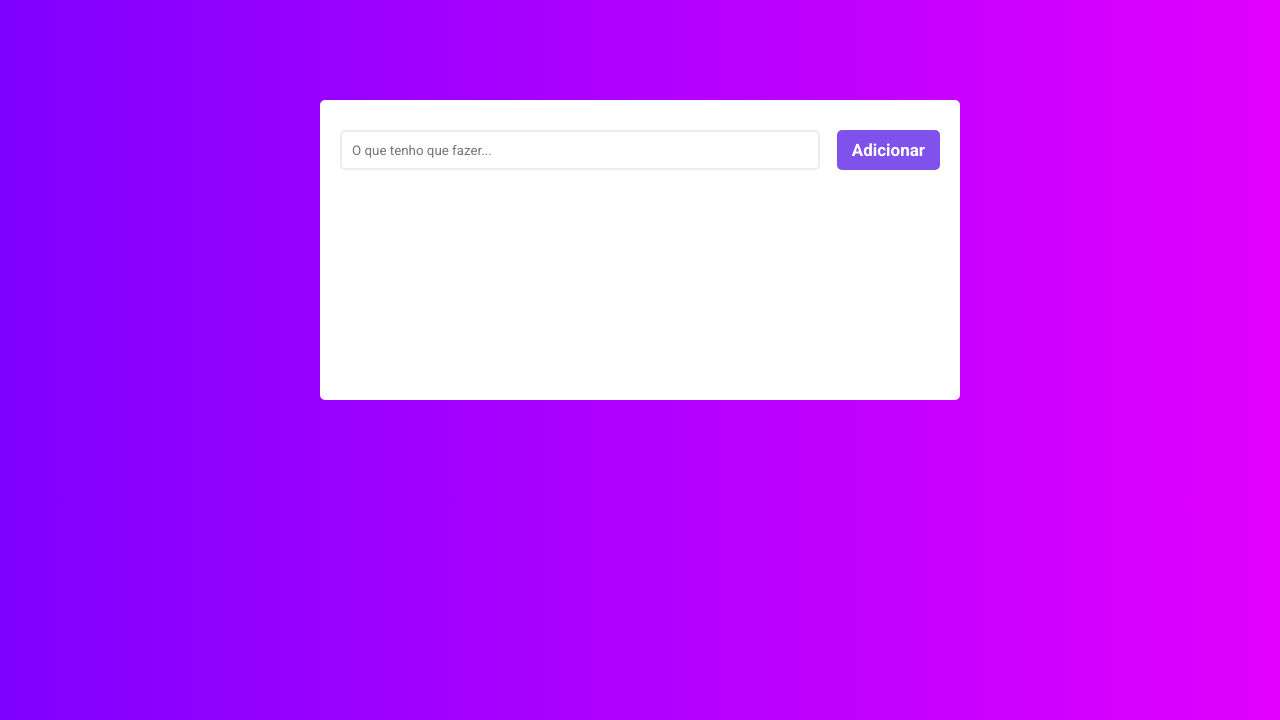
Repository: PLSR12/ToDoList
Page: index.html
These files come from the project's save history. The page is drawn as it stood at one moment and after the next save; the edit follows.
The browser window is 1280 px wide. The pictures show the whole page.
Some web libraries are served in a nearby version.

Above is the page before, as saved 2022-01-14 13:00:51.

### index.html
<!DOCTYPE html>
<html lang="pt-br">

<head>
    <meta charset="UTF-8">
    <meta http-equiv="X-UA-Compatible" content="IE=edge">
    <meta name="viewport" content="width=device-width, initial-scale=1.0">
    <script src="https://kit.fontawesome.com/7a5bd120bc.js" crossorigin="anonymous"></script>
    <link rel="stylesheet" href="./styles.css">
    <link rel="preconnect" href="https://fonts.googleapis.com">
    <link rel="preconnect" href="https://fonts.gstatic.com" crossorigin>
    <link href="https://fonts.googleapis.com/css2?family=Roboto:wght@100;400;700&display=swap" rel="stylesheet">
    <title> Lista de Tarefas </title>
</head>

<body>

    <div class="container">
        <input id="input-principal" placeholder="O que tenho que fazer...">

        <button id="botao-adicionar"> Adicionar </button>

        <ul id="tarefas">

        </ul>
    </div>

</body>

<script src="./scripts.js">

</script>

</html>

### styles.css

* {
    margin: 0;
    padding: 0;
    box-sizing: border-box;
    outline: none;
    font-family: 'Roboto', sans-serif;
}

body {
    background: linear-gradient(90deg, #7F00FF 0%, #E100FF 100%);
}


#botao-adicionar {
    background: #8052EC;
    border-radius: 5px;
    height: 40px;
    border: none;
    padding: 0 15px;
    color: #FFFFFF;
    font-size: 17px;
    cursor: pointer;
    float: right;
    font-weight: 700;
}

#botao-adicionar:hover{
    opacity: 0.8;
}

#botao-adicionar:active {
    opacity: 0.6;
}

.container {
    background: #FFFFFF;
    width: 50%;
    height: 300px;
    margin-bottom: 100px;
    border-radius: 5px;
    margin-top: 100px;
    margin-left: auto;
    margin-right: auto;
    padding: 30px 20px;
}

#input-principal {
    width: 80%;
    height: 40px;
    border: 2px solid rgba(209, 211, 212, 0.4);
    border-radius: 5px;
    padding-left: 10px;
}

#tarefas {
    width: 100%;
    list-style: none;
    margin-top: 60px;
}

.item-tarefa {
    background: #F2F2F2;
    box-shadow: 1px 4px 10px rgba(0, 0, 0, 0.2);
    border-radius: 5px;
    padding: 20px 45px;
    cursor: pointer;
    position: relative;
    margin-top: 30px;
}

.nome-tarefa {
    color: #000000;
    font-size: 15px;
}

.botao-delete {
    border: none;
    background: transparent;
    position: absolute;
    right: 0;
    top: 0;
    height: 100%;
    width: 40px;
    cursor: pointer;
    opacity: 0;
    transition: opacity 0.5s ease-in-out;
}

.fa-trash{
    color: red;
}

.botao-foguete {
    border: none;
    background: transparent;
    position: absolute;
    left: 0;
    top: 0;
    height: 100%;
    width: 40px;
    cursor: pointer;
    opacity: 0;
    transition: opacity 0.5s ease-in-out;
}

.fa-rocket {
    color:#4F0FC5;
}

.item-tarefa:hover .botao-delete{
    opacity: 1;
}

.item-tarefa:hover .botao-foguete{
    opacity: 1;
}

.concluido{
   background-color: #d4f88d;
   text-decoration: line-through;
}

### scripts.js
let input = document.getElementById("input-principal");
let button = document.getElementById("botao-adicionar");
let tarefa = document.getElementById("nome-tarefa-id");
let listaCompleta = document.getElementById("tarefas");

let arrayDeTarefas = [];
recarregarTarefas();

function mostrarTarefas() {
  let novaLi = "";

  arrayDeTarefas.forEach((tarefa, index) => {
    novaLi =
      novaLi +
      `
        <li class="item-tarefa ${tarefa.concluida == true ? "concluido" : ""} ">
            <button class="botao-foguete" onclick="concluirTarefa(${index})">
                <i class="fas fa-rocket"></i>
            </button>

            <p class="nome-tarefa ${
              tarefa.concluida == true ? "concluido" : ""
            }" id="nome-tarefa-id">${tarefa.tarefa}</p>

            <button class="botao-delete" onclick="deletarTarefa(${index})">
                <i class="fas fa-trash"></i>
            </button>
        </li>
`;
  });

  listaCompleta.innerHTML = novaLi;

  localStorage.setItem("lista", JSON.stringify(arrayDeTarefas));
}

function deletarTarefa(index) {
  arrayDeTarefas.splice(index, 1);

  mostrarTarefas();
}

function adicionarTarefa() {
  if (input.value) {
    arrayDeTarefas.push({
      tarefa: input.value,
      concluida: false,
    });
  } else {
    alert("Digite uma tarefa");
  }

  input.value = "";
  mostrarTarefas();
}

function concluirTarefa(index) {
  arrayDeTarefas[index].concluida = !arrayDeTarefas[index].concluida;

  mostrarTarefas();
}

function recarregarTarefas() {
  let minhasTarefas = localStorage.getItem("lista");

  if (minhasTarefas) {
    arrayDeTarefas = JSON.parse(minhasTarefas);

    mostrarTarefas();
  }
}

function adicionarPeloEnter(teclas) {
  if (teclas.key === "Enter") {
    adicionarTarefa();
  }
}

button.addEventListener("click", adicionarTarefa);

document.addEventListener("keypress", adicionarPeloEnter);

After the next save:
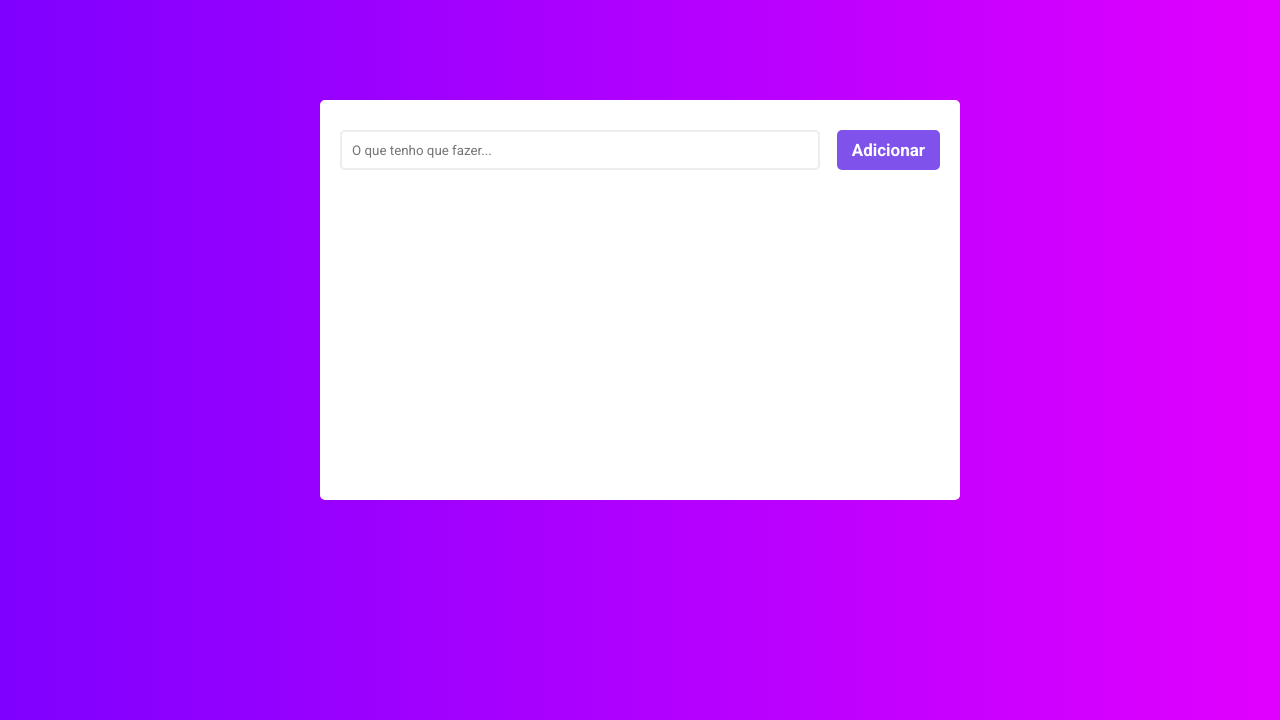
Saved 7 s later.
--- a/styles.css
+++ b/styles.css
@@ -36,7 +36,7 @@ body {
 .container {
     background: #FFFFFF;
     width: 50%;
-    height: 300px;
+    height: 400px;
     margin-bottom: 100px;
     border-radius: 5px;
     margin-top: 100px;
